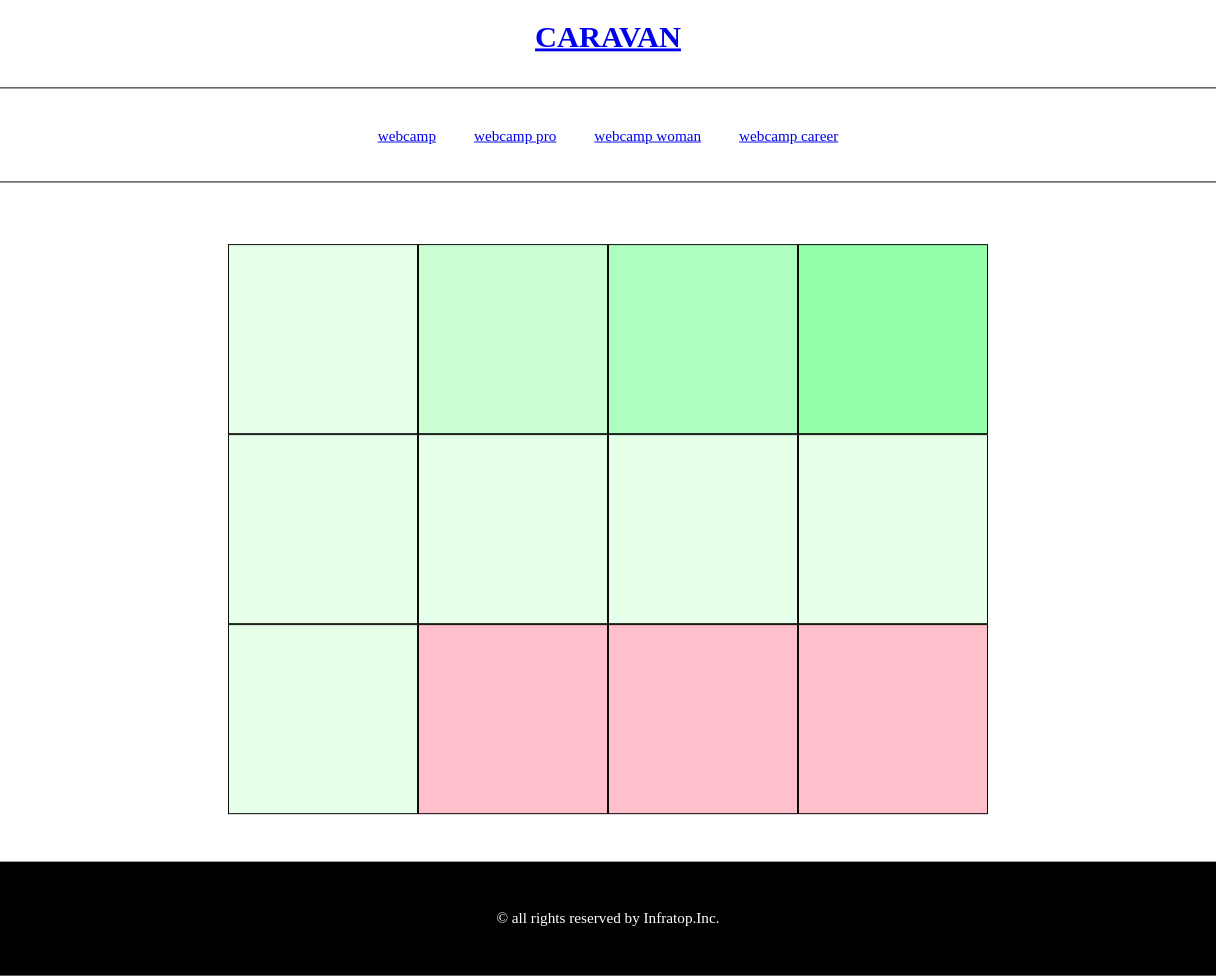
Repository: yukito7878/HTML-CSS-practice
Page: caravan/index5.html
The author's editor kept a record of every edit. The page is drawn from the files as they stood at one moment, then again after the next edit.
The browser window is 1280 px wide. The pictures show the whole page, at 95% of full size.

Above is the page before.

### caravan/index5.html
<html lang="ja">
  <head>
    <meta charset="UTF-8" />
    <!-- CSSファイルの読み込み -->
    <link rel="stylesheet" href="style5.css" />
    <title>CARAVAN</title>
  </head>

  <body>
    <!-- header用のdiv -->
    <div class="header">
      <h1><a href="#">CARAVAN</a></h1>
      <nav>
        <ul>
          <li><a href="#">webcamp</a></li>
          <li><a href="#">webcamp pro</a></li>
          <li><a href="#">webcamp woman</a></li>
          <li><a href="#">webcamp career</a></li>
        </ul>
      </nav>
    </div>

    <!-- main-visual用のdiv -->
    <div class="main-visual"></div>

    <div class="main">
      <div class="row">
        <div class="row0column0"></div>
        <div class="row0column1"></div>
        <div class="row0column2"></div>
        <div class="row0column3"></div>
      </div>
      <div class="row">
        <div class="row1column0"></div>
        <div class="row1column1"></div>
        <div class="row1column2"></div>
        <div class="row1column3"></div>
      </div>
      <div class="row">
        <div class="row2column0"></div>
        <div class="row2column1"></div>
        <div class="row2column2"></div>
        <div class="row2column3"></div>
      </div>
    </div>

    <footer class="footer">
      <a href="https://infratop.jp">© all rights reserved by Infratop.Inc. </a>
    </footer>

  </body>
</html>

### caravan/style5.css

*{
  margin: 0;
  padding: 0;
  box-sizing: border-box;
}

.header{
  display: flex;
  justify-content: center;
  flex-direction: column;
  margin: 0 auto;
}

.header h1{
  font-size: 32px;
  display: flex;
  justify-content: center;
  margin: 20px 0;
}

.header ul{
  display: flex;
  justify-content: center;
  text-align: center;
  margin: 15px 0;
  border-bottom: 1px solid black;
  border-top: 1px solid black;
  height: 100px;
  line-height: 100px
}

.header ul li{
  display: inline-block;
  margin: 0 20px;
  list-style: none;
}

.main{
  width: 800px;
  margin: 50px auto;
}

.row{
  height: 200px;
  width: 800px;
  background-color: pink;
  display: flex;
  justify-content: center;
}

.row div{
  height: 200px;
  width: 200px;
  border: 1px solid black;
}

.row0column0{
  background-color: #e6ffe9;
}
.row0column1{
  background-color: #cbffd3;
}
.row0column2{
  background-color: #aeffbd;
}
.row0column3{
  background-color: #93ffab;
}
.row1column0{
  background-color: #e6ffe9;
}
.row1column1{
  background-color: #e6ffe9;
}
.row1column2{
  background-color: #e6ffe9;
}
.row1column3{
  background-color: #e6ffe9;
}
.row2column0{
  background-color: #e6ffe9;
}
.row2olumn1{
  background-color: #e6ffe9;
}
.row0column0{
  background-color: #e6ffe9;
}
.row0column0{
  background-color: #e6ffe9;
}
.row0column0{
  background-color: #e6ffe9;
}

.footer{
  display: flex;
  height: 120px;
  line-height: 120px;
  justify-content: center;
  text-align: center;
  background-color: black;
}

.footer a{
  text-decoration: none;
  color: white;
}

After the next edit:
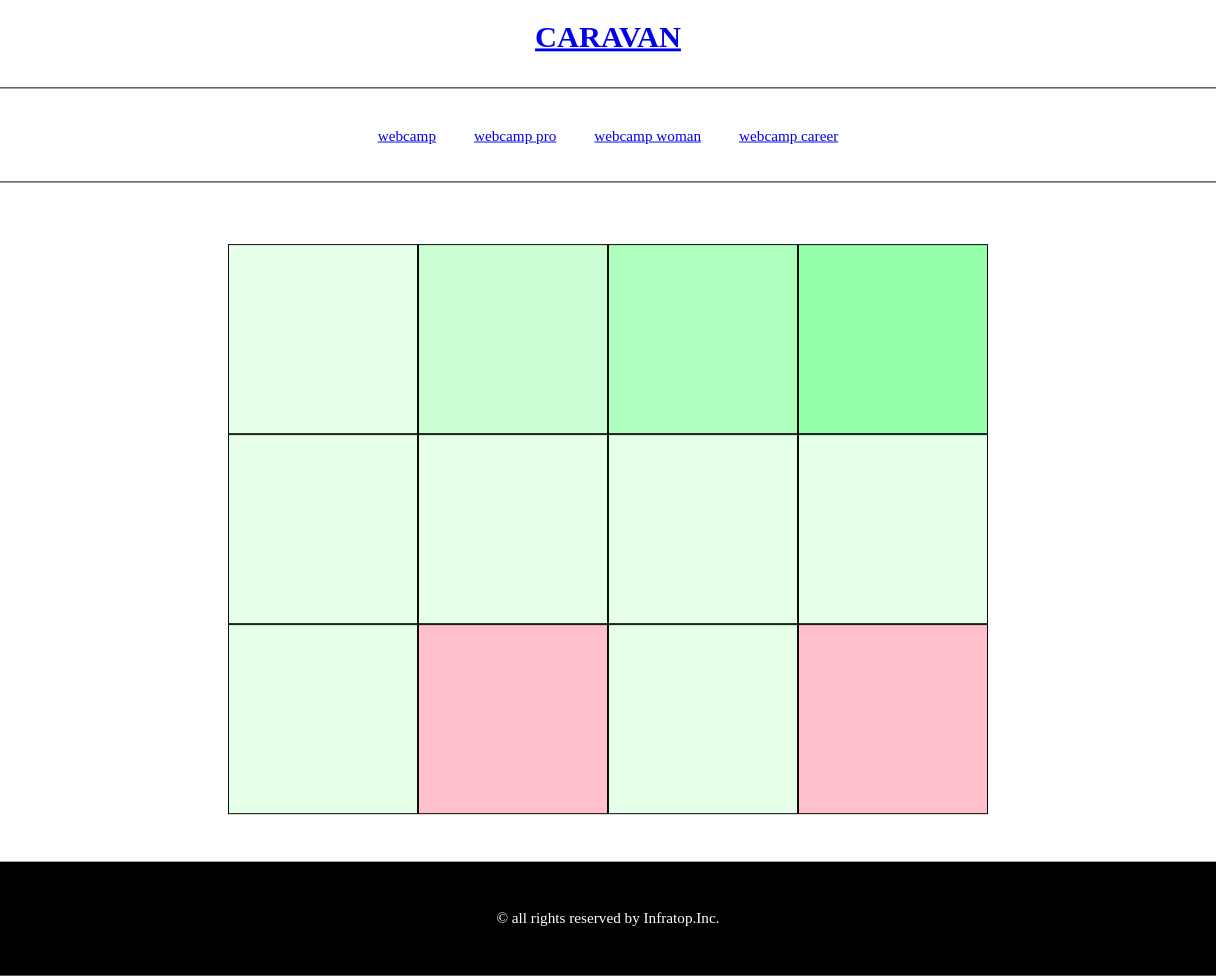
The edit:
--- a/caravan/style5.css
+++ b/caravan/style5.css
@@ -85,7 +85,7 @@
 .row2olumn1{
   background-color: #e6ffe9;
 }
-.row0column0{
+.row2column2{
   background-color: #e6ffe9;
 }
 .row0column0{
